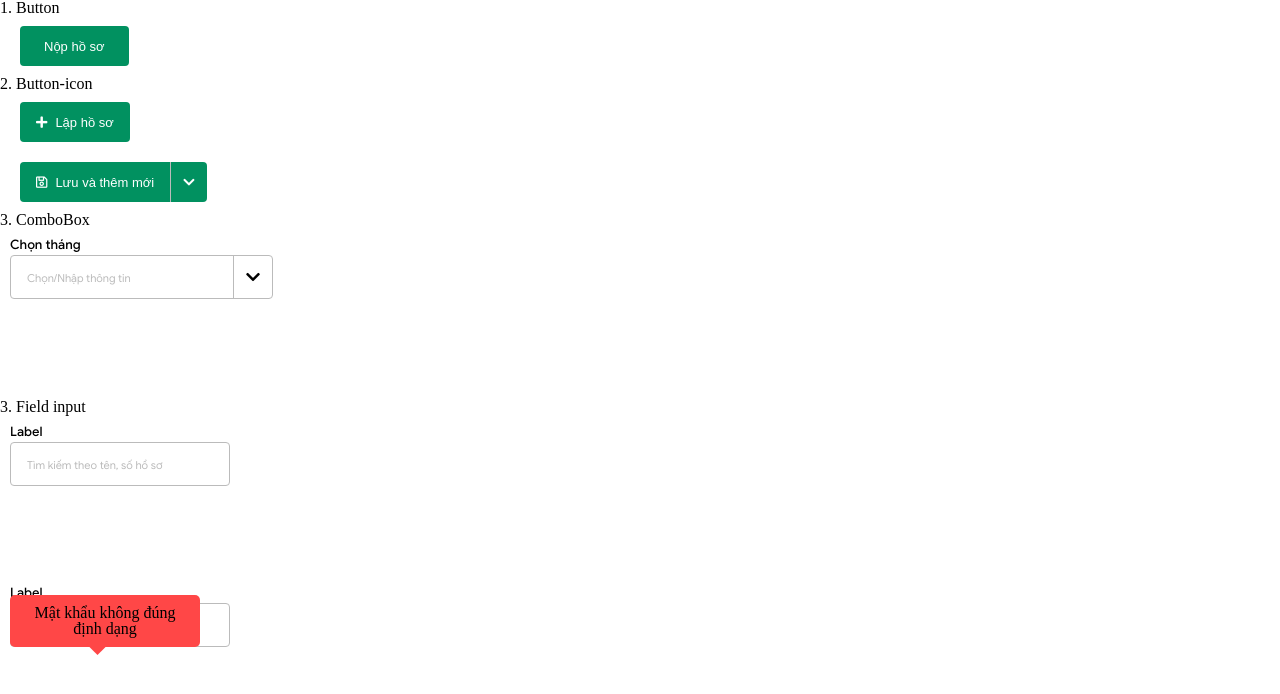
Repository: DAOVANLOI2K1/cukcuk_employeeGrid
Page: Page/index.html
The author's editor kept a copy of each file at every save. The page is drawn from the files as they stood at one save, then again after the next save.
The browser window is 1280 px wide. The pictures show the whole page.

Above is the page before, as saved 2022-06-28 09:56:54.

After the next save:
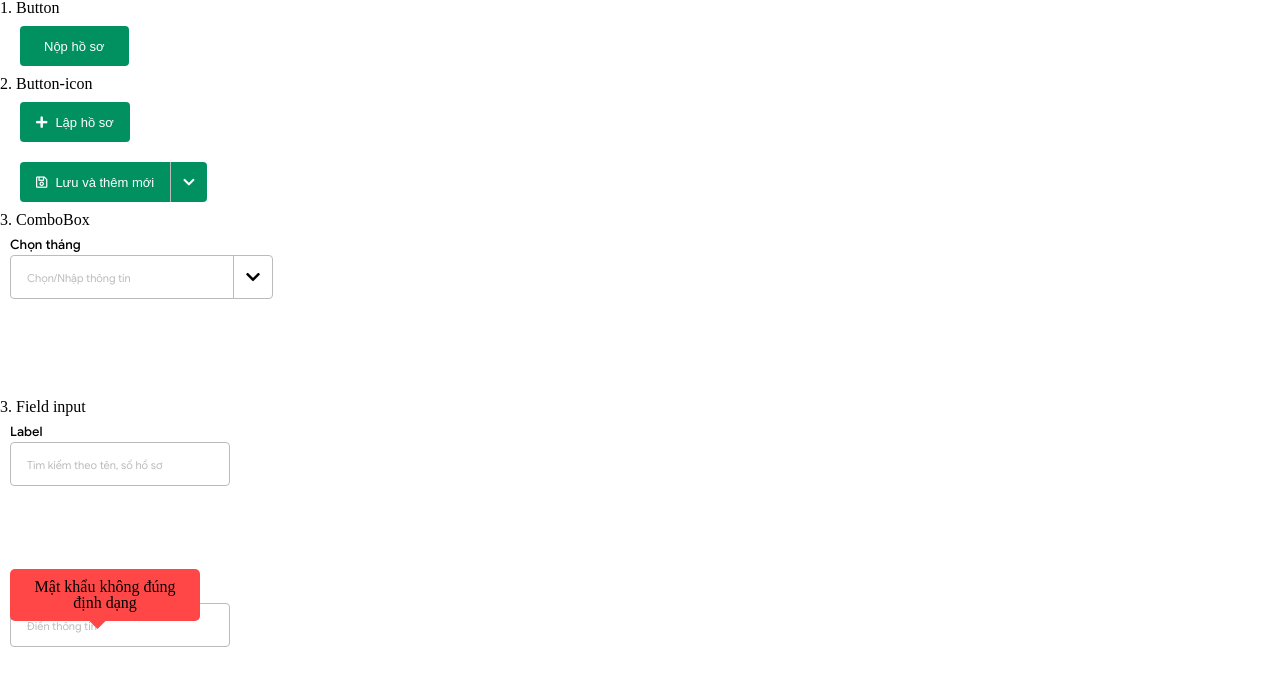
Saved 12 s later.
--- a/css/common/fieldInput.css
+++ b/css/common/fieldInput.css
@@ -5,7 +5,7 @@
     text-align: center;
     border-radius: 5px;
     position: relative;
-    transform: translateY(-100%);
+    transform: translateY(-150%);
 }
 
 .error_box::before {
